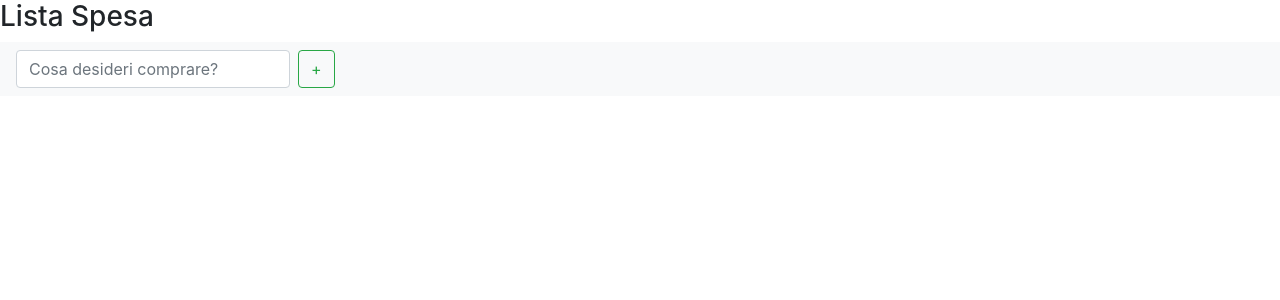
Repository: andreadipilato/TodoList
Page: /
These files come from the project's save history. The page is drawn as it stood at one moment and after the next save; the edit follows.
The browser window is 1280 px wide. The pictures show the whole page.
The project was rebuilt for these pictures with package versions that can differ from the ones it lists, and the page was loaded fresh each time. Also part of the build but not shown: src/App.css.

Above is the page before, as saved 2020-12-04 15:38:09.

After the next save:
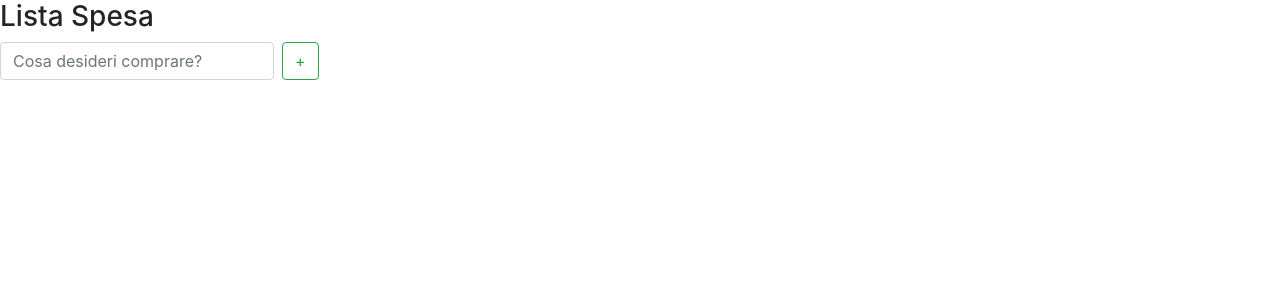
Saved 2 min 24 s later.
--- a/src/Cerca.js
+++ b/src/Cerca.js
@@ -7,7 +7,7 @@
     }
     render() {
         return (
-            <nav className = "navbar navbar-light bg-light">
+            //<nav className = "navbar navbar-light bg-light">
                 <form className = "form-inline" onSubmit = {this.addElement}>
                     <input
                         className = "form-control mr-sm-2"
@@ -24,7 +24,7 @@
                     >+
                     </button>
                 </form>
-            </nav>
+            //</nav>
         )
     }
 }
